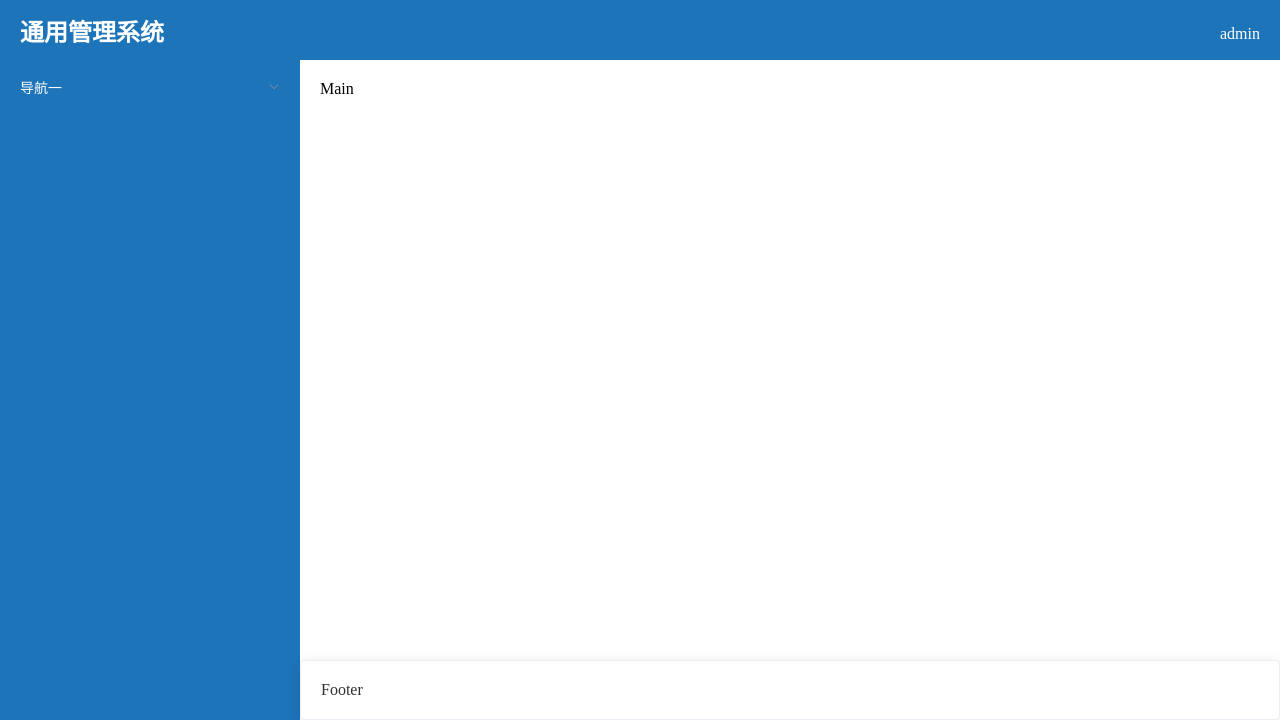
Repository: LdoIt/backstage-management-system
Page: /#/home (app in backstage-management-system/)
The author's editor kept a copy of each file at every save. The page is drawn from the files as they stood at one save, then again after the next save.
The browser window is 1280 px wide. The pictures show the whole page.
The project was rebuilt for these pictures with package versions that can differ from the ones it lists, and the page was loaded fresh each time. Also part of the build but not shown: backstage-management-system/vue.config.js.

Above is the page before, as saved 2023-04-15 21:39:43.

### backstage-management-system/src/main.js
/*
 * @Date: 2023-04-13 17:21:53
 */
import Vue from 'vue'
import App from './App.vue'
// 引入elementUI里按需引入的组件
import './plugins/element'
// 导入路由
import router from './router'
Vue.config.productionTip = false

new Vue({
  router,
  render: h => h(App),
}).$mount('#app')

### backstage-management-system/src/App.vue
<template>
  <div class="appContainer">
    <router-view></router-view>
  </div>
</template>

<script>
// 格式化样式
import 'normalize.css'
export default {
}
</script>

<style lang="scss">
html,
body,
.appContainer {
  height: 100%;
}
// .appContainer {
//   display: flex;
//   flex-direction: column;
//   justify-content: space-around;
// }
</style>

### backstage-management-system/src/plugins/element.js
/*
 * @Date: 2023-04-13 19:05:36
 */
import Vue from 'vue'
import {
  Button,
  Form,
  FormItem,
  Card,
  Input,
  Message,
  Container,
  Header,
  Aside,
  Main,
  Footer,
  Menu,
  Submenu,
  MenuItem,
  MenuItemGroup,
   } from 'element-ui';
Vue.use(Form);
Vue.use(Button);
Vue.use(FormItem);
Vue.use(Card);
Vue.use(Input);
Vue.use(Container);
Vue.use(Header);
Vue.use(Aside);
Vue.use(Main);
Vue.use(Footer);
Vue.use(Menu);
Vue.use(Submenu);
Vue.use(MenuItem);
Vue.use(MenuItemGroup);
Vue.prototype.$message = Message

### backstage-management-system/src/router/index.js
/*
 * @Date: 2023-04-15 08:18:06
 */
import Vue from 'vue'
// 引入vue-router
import VueRouter from 'vue-router'
import routes from './routes.js'
Vue.use(VueRouter)

export default new VueRouter({
  routes
})

### backstage-management-system/src/router/routes.js
/*
 * @Date: 2023-04-15 21:19:25
 */
export default [
  {path: '/', component: () => import('../pages/Login'), redirect: '/login'},
  {path: '/home', name: '学生管理', iconClass: 'fa fa-users',  component: () => import('../pages/Home')},
  {path: '/login', component: () => import('../pages/Login')},
]

### backstage-management-system/src/pages/Home.vue
<!--
 * @Date: 2023-04-15 08:31:12
-->
<template>
  <div class="homeContainer">
    <el-container>
      <el-header><Header/></el-header>
      <el-container>
        <el-aside><Menu/></el-aside>
        <el-container>
          <el-main>Main</el-main>
          <el-footer><el-card><Footer/></el-card></el-footer>
        </el-container>
      </el-container>
    </el-container>
  </div>
</template>

<script>
import Footer from '../components/common/Footer.vue'
import Header from '../components/common/Header.vue'
import Menu from '../components/common/Menu.vue'
export default {
  name: 'Home',
  components: {
    Header,
    Footer,
    Menu
  }
}
</script>

<style lang="scss">
  .homeContainer {
    height: 100%;
    .el-header {
      background-color: #1d74b9;
    }
    .el-aside {
      background-color: #1d74b9;
    }
    .el-container {
      height: 100%;
    }
    .el-footer {
      padding: 0;
    }
  }
</style>

### backstage-management-system/src/components/common/Footer.vue
<!--
 * @Date: 2023-04-15 20:04:01
-->
<template>
  <div>
    Footer
  </div>
</template>

<script>
export default {

}
</script>

<style>

</style>

### backstage-management-system/src/components/common/Header.vue
<template>
  <div class="headerContainer">
    <h2>通用管理系统</h2>
    <div>admin</div>
  </div>
</template>

<script>
export default {

}
</script>

<style lang="scss">
  .headerContainer {
    display: flex;
    justify-content: space-between;
    align-items: center;
    color: white;
  }
</style>

### backstage-management-system/src/components/common/Menu.vue
<!--
 * @Date: 2023-04-15 20:04:31
-->
<template>
  <div class="muenContainer">
          <i class="fa fa-camera-retro"></i>
    <el-menu default-active="2" class="el-menu-vertical-demo" @open="handleOpen" @close="handleClose" background-color="#1d74b9" text-color="#fff" active-text-color="#ffd04b">
      <el-submenu index="1">
        <template slot="title">
          <i class="fa fa-camera-retro"></i>
          <span>导航一</span>
        </template>
        <el-menu-item-group>
          <el-menu-item index="1-1">选项1</el-menu-item>
        </el-menu-item-group>
      </el-submenu>
    </el-menu>
  </div>
</template>

<script>
export default {
  methods: {
    handleOpen(key, keyPath) {
      console.log(key, keyPath)
    },
    handleClose(key, keyPath) {
      console.log(key, keyPath)
    }
  }
}
</script>

<style lang="scss">
  .muenContainer {
    width: 100%;
    height: 100%;
    .el-menu {
      border: none;
    }
  }
</style>

Loaded but not shown: backstage-management-system/public/index.html (common file)

After the next save:
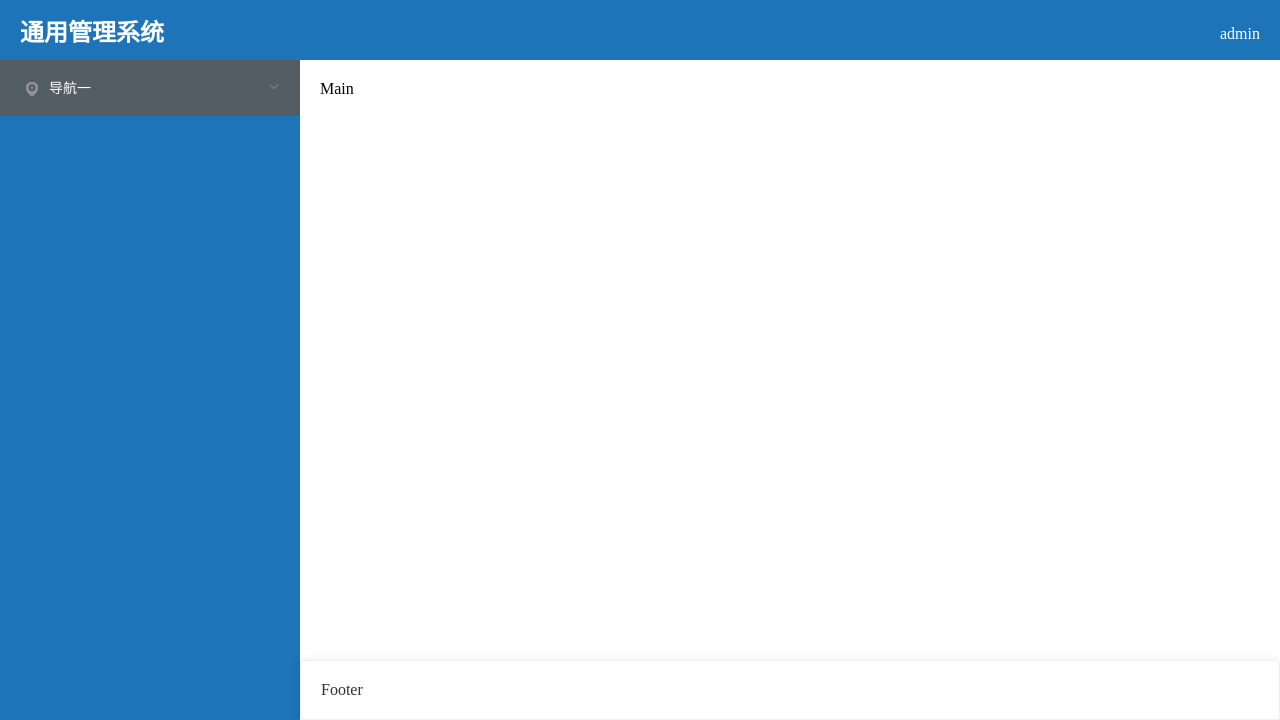
Saved 18 s later.
--- a/backstage-management-system/src/components/common/Menu.vue
+++ b/backstage-management-system/src/components/common/Menu.vue
@@ -3,11 +3,10 @@
 -->
 <template>
   <div class="muenContainer">
-          <i class="fa fa-camera-retro"></i>
-    <el-menu default-active="2" class="el-menu-vertical-demo" @open="handleOpen" @close="handleClose" background-color="#1d74b9" text-color="#fff" active-text-color="#ffd04b">
+    <el-menu default-active="2" class="el-menu-vertical-demo" @open="handleOpen" @close="handleClose" background-color="#545c64" text-color="#fff" active-text-color="#ffd04b">
       <el-submenu index="1">
         <template slot="title">
-          <i class="fa fa-camera-retro"></i>
+          <i class="el-icon-location"></i>
           <span>导航一</span>
         </template>
         <el-menu-item-group>

After the save that followed:
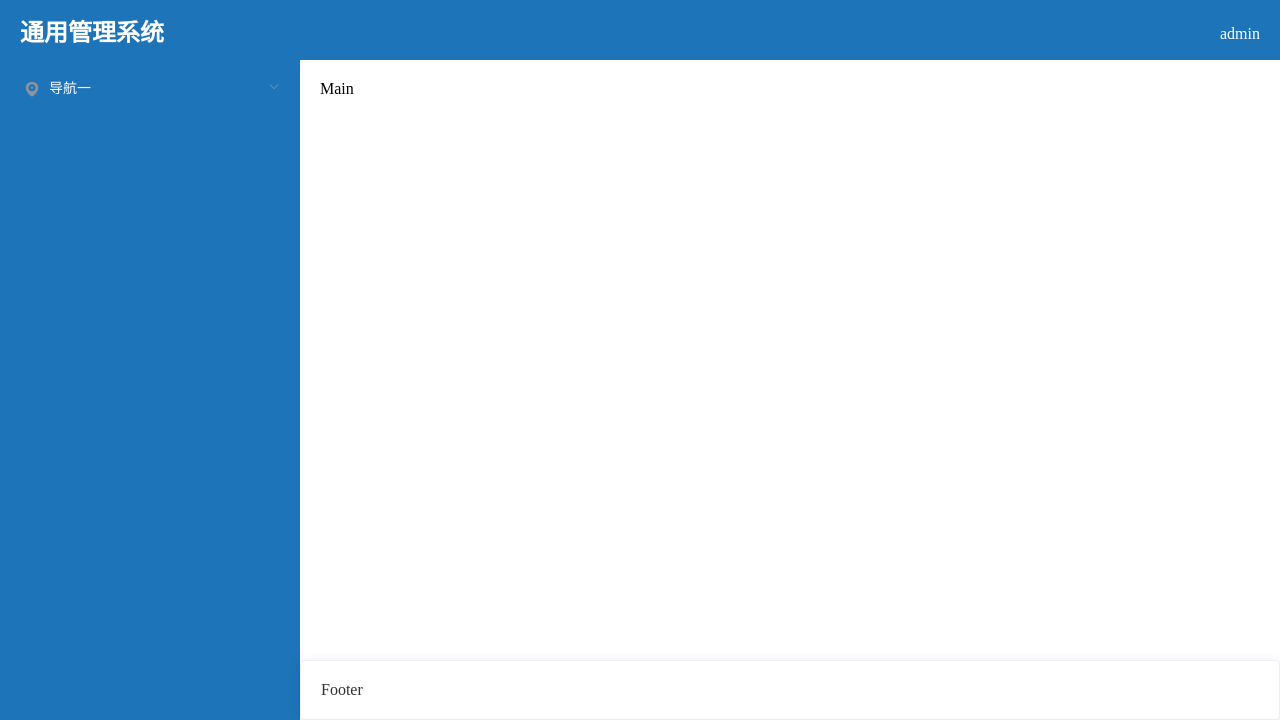
Saved 31 s later.
--- a/backstage-management-system/src/components/common/Menu.vue
+++ b/backstage-management-system/src/components/common/Menu.vue
@@ -3,7 +3,7 @@
 -->
 <template>
   <div class="muenContainer">
-    <el-menu default-active="2" class="el-menu-vertical-demo" @open="handleOpen" @close="handleClose" background-color="#545c64" text-color="#fff" active-text-color="#ffd04b">
+    <el-menu default-active="2" class="el-menu-vertical-demo" @open="handleOpen" @close="handleClose" background-color="#1d74b9" text-color="#fff" active-text-color="#ffd04b">
       <el-submenu index="1">
         <template slot="title">
           <i class="el-icon-location"></i>
